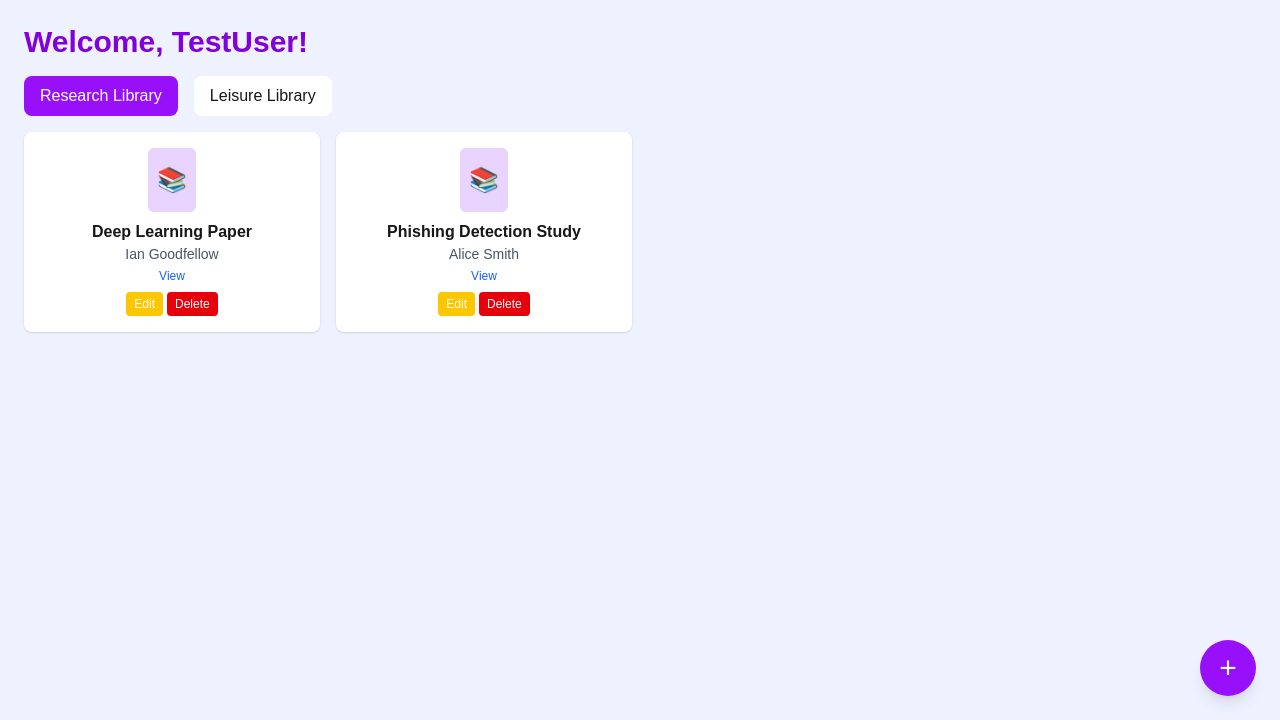
Repository: ramosfranz/bookie
Page: /dashboard
The author's editor kept a copy of each file at every save. The page is drawn from the files as they stood at one save, then again after the next save.
The browser window is 1280 px wide. The pictures show the whole page.
The project was rebuilt for these pictures with package versions that can differ from the ones it lists, and the page was loaded fresh each time. The framework's server and built-in components were replaced by stand-ins that run in the browser. Also part of the build but not shown: next.config.ts.

Above is the page before, as saved 2025-11-15 13:21:19.

### src/app/layout.tsx
import type { Metadata } from "next";
import { Geist, Geist_Mono } from "next/font/google";
import "./globals.css";

const geistSans = Geist({
  variable: "--font-geist-sans",
  subsets: ["latin"],
});

const geistMono = Geist_Mono({
  variable: "--font-geist-mono",
  subsets: ["latin"],
});

export const metadata: Metadata = {
  title: "Bookie",
  description: "Generated by create next app",
};

export default function RootLayout({
  children,
}: Readonly<{
  children: React.ReactNode;
}>) {
  return (
    <html lang="en">
      <body
        className={`${geistSans.variable} ${geistMono.variable} antialiased`}
      >
        {children}
      </body>
    </html>
  );
}

### src/app/dashboard/page.tsx
// src/app/dashboard/page.tsx
"use client";

import { useState } from "react";

// Hardcoded dummy user
const dummyUser = {
  id: "00000000-0000-0000-0000-000000000001",
  email: "test@example.com",
  username: "TestUser",
  avatar_url: "",
  preferences: {},
};

// Dummy libraries
const initialResearchLibrary = [
  { id: "1", title: "Deep Learning Paper", authors: ["Ian Goodfellow"], url: "https://example.com/dl-paper.pdf" },
  { id: "2", title: "Phishing Detection Study", authors: ["Alice Smith"], url: "https://example.com/phishing-study.pdf" },
];

const initialLeisureLibrary = [
  { id: "1", title: "Harry Potter", authors: ["J.K. Rowling"], url: "https://example.com/harry-potter" },
  { id: "2", title: "The Hobbit", authors: ["J.R.R. Tolkien"], url: "https://example.com/the-hobbit" },
];

export default function Dashboard() {
  const user = dummyUser;
  const [activeTab, setActiveTab] = useState<"research" | "leisure">("research");
  const [researchLibrary, setResearchLibrary] = useState(initialResearchLibrary);
  const [leisureLibrary, setLeisureLibrary] = useState(initialLeisureLibrary);

  // Form state
  const [formTitle, setFormTitle] = useState("");
  const [formAuthors, setFormAuthors] = useState("");
  const [formUrl, setFormUrl] = useState("");
  const [editingId, setEditingId] = useState<string | null>(null);
  const [showModal, setShowModal] = useState(false);

  const currentLibrary = activeTab === "research" ? researchLibrary : leisureLibrary;
  const setCurrentLibrary =
    activeTab === "research" ? setResearchLibrary : setLeisureLibrary;

  // Add/Edit
  const handleSubmit = (e: React.FormEvent) => {
    e.preventDefault();
    if (!formTitle.trim()) return;

    const authorsArray = formAuthors.split(",").map((a) => a.trim());

    if (editingId) {
      // Edit
      setCurrentLibrary((prev) =>
        prev.map((item) =>
          item.id === editingId
            ? { ...item, title: formTitle, authors: authorsArray, url: formUrl }
            : item
        )
      );
    } else {
      // Add
      const newItem = {
        id: Math.random().toString(36).substr(2, 9),
        title: formTitle,
        authors: authorsArray,
        url: formUrl,
      };
      setCurrentLibrary((prev) => [...prev, newItem]);
    }

    setFormTitle("");
    setFormAuthors("");
    setFormUrl("");
    setEditingId(null);
    setShowModal(false);
  };

  // Delete
  const handleDelete = (id: string) => {
    setCurrentLibrary((prev) => prev.filter((item) => item.id !== id));
  };

  // Edit
  const handleEdit = (item: { id: string; title: string; authors: string[]; url: string }) => {
    setEditingId(item.id);
    setFormTitle(item.title);
    setFormAuthors(item.authors.join(", "));
    setFormUrl(item.url);
    setShowModal(true);
  };

  const [activeDropdown, setActiveDropdown] = useState<string | null>(null);
const [confirmDelete, setConfirmDelete] = useState<{ id: string; title: string } | null>(null);


  return (
    <div className="min-h-screen p-6 bg-indigo-50 relative">
      <h1 className="text-3xl font-bold text-purple-700 mb-4">
        Welcome, {user.username}!
      </h1>

      {/* Tabs */}
      <div className="flex gap-4 mb-4">
        <button
          className={`px-4 py-2 rounded-lg ${
            activeTab === "research" ? "bg-purple-600 text-white" : "bg-white"
          }`}
          onClick={() => setActiveTab("research")}
        >
          Research Library
        </button>
        <button
          className={`px-4 py-2 rounded-lg ${
            activeTab === "leisure" ? "bg-purple-600 text-white" : "bg-white"
          }`}
          onClick={() => setActiveTab("leisure")}
        >
          Leisure Library
        </button>
      </div>

      {/* Grid View */}
      <div className="grid grid-cols-2 sm:grid-cols-3 md:grid-cols-4 gap-4">
   {currentLibrary.map((item) => (
  <div
    key={item.id}
    className="p-4 bg-white rounded-lg shadow flex flex-col items-center justify-center hover:shadow-md transition"
  >
    {/* Book Icon (clickable if URL exists) */}
    {item.url ? (
      <a
        href={item.url}
        target="_blank"
        rel="noopener noreferrer"
        className="w-12 h-16 bg-purple-200 rounded-md mb-2 flex items-center justify-center text-2xl hover:bg-purple-300 transition"
      >
        📚
      </a>
    ) : (
      <div className="w-12 h-16 bg-purple-200 rounded-md mb-2 flex items-center justify-center text-2xl">
        📚
      </div>
    )}

    <strong className="text-center">{item.title}</strong>
    <p className="text-sm text-gray-600 text-center">{item.authors.join(", ")}</p>

    {/* Optional View link below the icon */}
    {item.url && (
      <a
        href={item.url}
        target="_blank"
        rel="noopener noreferrer"
        className="text-blue-600 text-xs mt-1 hover:underline"
      >
        View
      </a>
    )}

    <div className="flex gap-1 mt-2">
      <button
        onClick={() => handleEdit(item)}
        className="px-2 py-1 bg-yellow-400 text-white rounded hover:bg-yellow-500 text-xs"
      >
        Edit
      </button>
      <button
        onClick={() => handleDelete(item.id)}
        className="px-2 py-1 bg-red-600 text-white rounded hover:bg-red-700 text-xs"
      >
        Delete
      </button>
    </div>
  </div>
))}

      </div>

      {/* Floating + Button */}
      <button
        className="fixed bottom-6 right-6 w-14 h-14 bg-purple-600 text-white text-3xl rounded-full shadow-lg hover:bg-purple-700 transition flex items-center justify-center"
        onClick={() => setShowModal(true)}
      >
        +
      </button>

      {/* Modal */}
      {showModal && (
        <div className="fixed inset-0 bg-black/50 flex items-center justify-center z-50">
          <div className="bg-white rounded-lg p-6 w-full max-w-sm relative">
            <button
              className="absolute top-2 right-2 text-gray-500 hover:text-gray-700"
              onClick={() => setShowModal(false)}
            >
              ✕
            </button>
            <h2 className="text-xl font-bold mb-4">
              {editingId ? "Edit" : "Add"} {activeTab === "research" ? "Research" : "Book"}
            </h2>
            <form onSubmit={handleSubmit} className="flex flex-col gap-3">
              <input
                type="text"
                placeholder="Title"
                value={formTitle}
                onChange={(e) => setFormTitle(e.target.value)}
                className="px-3 py-2 border rounded-lg focus:outline-none focus:ring-2 focus:ring-purple-500"
                required
              />
              <input
                type="text"
                placeholder="Authors (comma separated)"
                value={formAuthors}
                onChange={(e) => setFormAuthors(e.target.value)}
                className="px-3 py-2 border rounded-lg focus:outline-none focus:ring-2 focus:ring-purple-500"
              />
              <input
                type="url"
                placeholder="URL (PDF or reference link)"
                value={formUrl}
                onChange={(e) => setFormUrl(e.target.value)}
                className="px-3 py-2 border rounded-lg focus:outline-none focus:ring-2 focus:ring-purple-500"
              />
              <button
                type="submit"
                className="px-4 py-2 bg-purple-600 text-white rounded-lg hover:bg-purple-700 transition"
              >
                {editingId ? "Update" : "Add"}
              </button>
            </form>
          </div>
        </div>
      )}
    </div>
  );
}

Loaded but not shown: src/app/globals.css (common file)

After the next save:
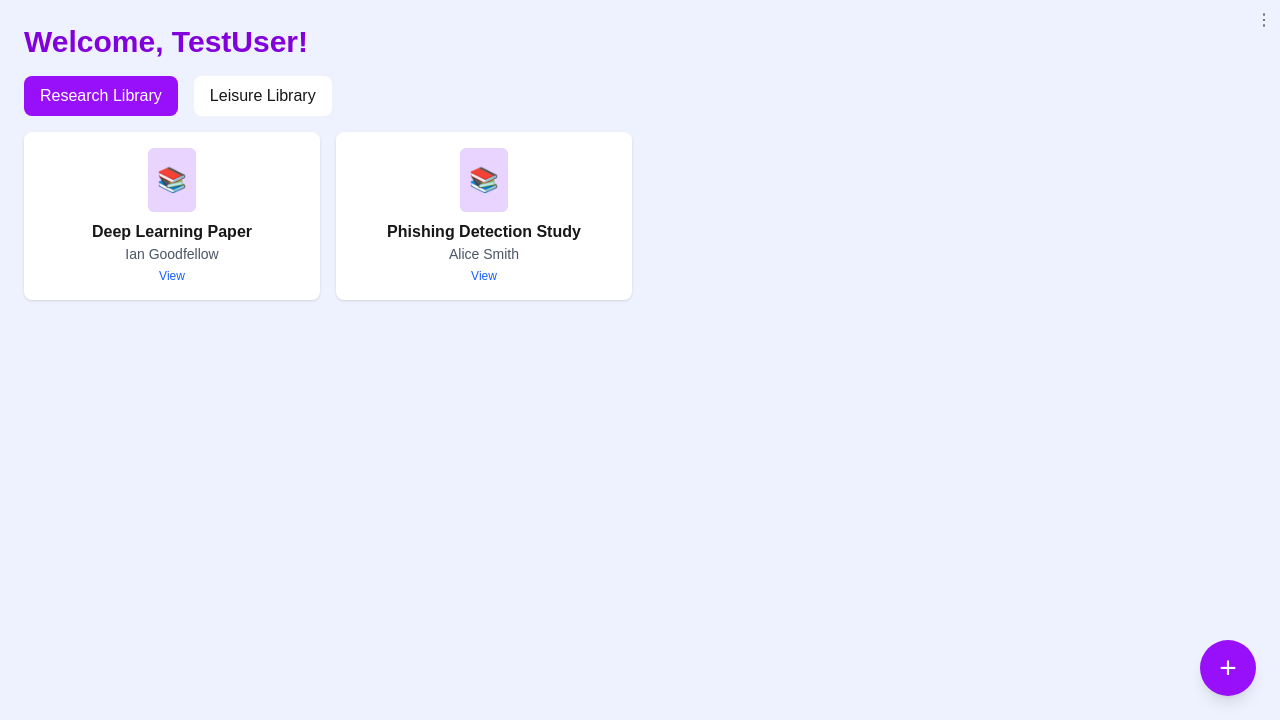
Saved 12 min 31 s later.
--- a/src/app/dashboard/page.tsx
+++ b/src/app/dashboard/page.tsx
@@ -156,20 +156,43 @@ const [confirmDelete, setConfirmDelete] = useState<{ id: string; title: string }
       </a>
     )}
 
-    <div className="flex gap-1 mt-2">
-      <button
-        onClick={() => handleEdit(item)}
-        className="px-2 py-1 bg-yellow-400 text-white rounded hover:bg-yellow-500 text-xs"
-      >
-        Edit
-      </button>
-      <button
-        onClick={() => handleDelete(item.id)}
-        className="px-2 py-1 bg-red-600 text-white rounded hover:bg-red-700 text-xs"
-      >
-        Delete
-      </button>
-    </div>
+   <div className="absolute top-2 right-2">
+  <div className="relative inline-block text-left">
+    <button
+      className="text-gray-500 hover:text-gray-700"
+      onClick={() => setActiveDropdown(item.id)}
+    >
+      ⋮
+    </button>
+
+    {/* Dropdown menu */}
+    {activeDropdown === item.id && (
+      <div className="origin-top-right absolute right-0 mt-2 w-28 rounded-md shadow-lg bg-white ring-1 ring-black ring-opacity-5 focus:outline-none z-50">
+        <div className="py-1">
+          <button
+            onClick={() => {
+              handleEdit(item);
+              setActiveDropdown(null);
+            }}
+            className="w-full text-left px-4 py-2 text-sm text-gray-700 hover:bg-gray-100"
+          >
+            Edit
+          </button>
+          <button
+            onClick={() => {
+              setConfirmDelete({ id: item.id, title: item.title });
+              setActiveDropdown(null);
+            }}
+            className="w-full text-left px-4 py-2 text-sm text-red-600 hover:bg-gray-100"
+          >
+            Delete
+          </button>
+        </div>
+      </div>
+    )}
+  </div>
+</div>
+
   </div>
 ))}
 
